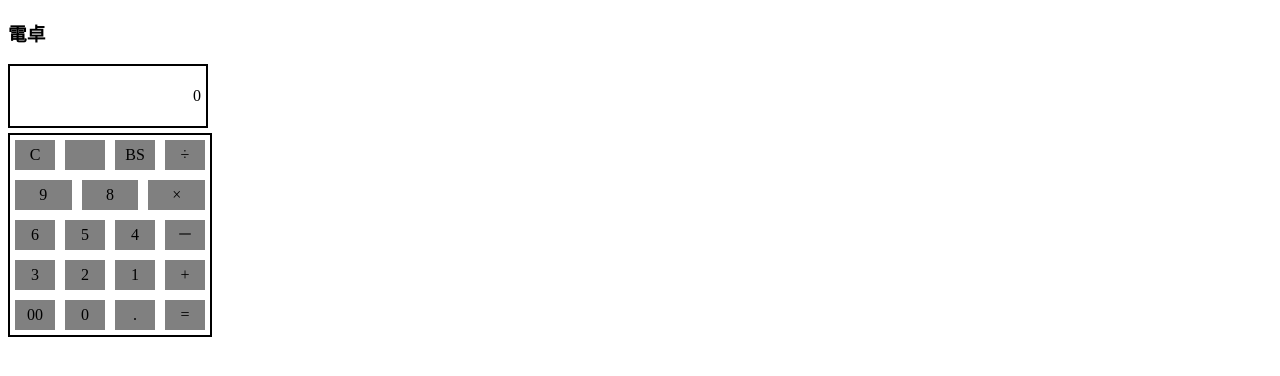
Repository: haya67/jsCalculator
Page: index.html
The author's editor kept a record of every edit. The page is drawn from the files as they stood at one moment, then again after the next edit.
The browser window is 1280 px wide. The pictures show the whole page.
Some web libraries are served in a nearby version.

Above is the page before.

### index.html
 <!DOCTYPE html>
 <html lang="en">
 <head>
 <meta charset="utf-8">
 <script src="https://code.jquery.com/jquery-3.2.1.js" integrity="sha256-DZAnKJ/6XZ9si04Hgrsxu/8s717jcIzLy3oi35EouyE=" crossorigin="anonymous"></script>
 <link rel="stylesheet" href="main.css">
 <title>電卓</title>
 </head>

 <body>
 <h3>電卓</h3>

 <!-- ここに記述していきましょう！ -->
 <div class = "container">

<!--      計算結果を出力する場所-->
      <div id = "output_total" class="output ">0</div>

<!--      計算過程を出力する -->
      <div id = "output_sub" class="output active">0</div>

<!--      ボタンを配置する場所-->
      <div class = 'input'>
          <section class = 'row'>
            <div id = "clear">C</div>
            <div class = "num_bth"></div>
            <div class = "num_bth" id="bs">BS</div>
            <div class = "num_bth cal" data-index-id= '/'>÷</div>
          </section>
          <section class = 'row'>
            <div class = "num_bth one_nine " data-index-id = 9 >9</div>
            <div class = "num_bth one_nine " data-index-id = 8 >8</div>

            <div class = "num_bth cal" data-index-id = '*'>×</div>
          </section>
          <section class = 'row'>
            <div class = "num_bth one_nine " data-index-id = 6 >6</div>
            <div class = "num_bth one_nine " data-index-id = 5 >5</div>
            <div class = "num_bth one_nine " data-index-id = 4 >4</div>
            <div class = "num_bth cal" data-index-id = '-'>－</div>
          </section>
          <section class = 'row'>
            <div class = "num_bth one_nine " data-index-id = 3 >3</div>
            <div class = "num_bth  one_nine" data-index-id = 2 >2</div>
            <div class = "num_bth  one_nine" data-index-id = 1 >1</div>
            <div class = "num_bth cal" data-index-id = '+'>+</div>
          </section>
          <section class = 'row'>
            <div class = "num_bth" data-index-id = 00 >00</div>
            <div class = "num_bth" id="zero" data-index-id = 0 >0</div>
            <div class = "num_bth" id="point" data-index-id = . >.</div>
            <div id = 'equal_btn'>=</div>
          </section>
      </div>
    </div>

 <script src="main.js"></script>
 </body>
 </html>

### main.css
.container {
  width: 200px;
}

.output {
  width: 200px;
  line-height: 50px;
  text-align: right;
  padding: 5px;
  margin-bottom: 5px;
  border:2px solid black;
  box-sizing: border-box;
  display:none;
}

.output.active {
  display:block;
}

.input {
  width:200px;
  border: 2px solid black;
}

.row {
  display: flex;
  justify-content: space-between;
  width: 200px;
}

.num_bth, #clear, #equal_btn{
  width: 60px;
  height: 30px;
  text-align: center;
  line-height: 30px;
  background: gray;
  cursor: pointer;
  margin: 5px;
}

### main.js
$(document).ready(function(){

    const num_bth = document.querySelectorAll('.num_bth');

    // 計算結果を表示する所
    let output_sub = document.getElementById('output_sub');

    // 計算過程を表示するところ
    const output_total = document.getElementById('output_total');

    // 計算式を表す変数
    let total = 0;

    // // 最初の状態を定義
    let state = 'start';

    // 最初の整数入力モード
    let mode = 'integer_mode';


    // 1~9を押した時
    const one_nine = document.querySelectorAll ('.one_nine');
    one_nine.forEach(index => {
        index.addEventListener('click', () => {
            if(state === 'start') {
                total = index.dataset.indexId;
            }else if (state === 'finish') {
                reset();
                total = index.dataset.indexId;
            }else if (state === 'calculation' ) {
                total += index.dataset.indexId;
            }
            output_sub.textContent = total;
            state = 'calculation'
            // changeOutput()
        });
    });


    // 0を押したとき
    const zero = document.getElementById('zero');
    zero.addEventListener('click', () => {
        if(state === 'start' || state === 'finish' || state === 'calBtn'){
            if(output_sub.textContent.slice(-1) === '0') {
                console('前の文字はゼロ');
                return;
            }
        }

        if(state === 'start') {
            total = zero.dataset.indexId;
        }else {
            total += zero.dataset.indexId;
        }
        output_sub.textContent = total;
    });


    // .を押したとき
    const point = document.getElementById('point');
    point.addEventListener('click' , () => {
        console.log(point.dataset.indexId)
        if(mode === 'decimal_mode') {
            return;
        }
        if (state === 'start' || state === 'finish' ) {
            total = 0;
        }else if(state = 'calBtn') {
            if(output_sub.textContent.slice(-1) !=='0'){
                total += 0;
            }
        }
        total += point.dataset.indexId

        output_sub.textContent = total;
        state = 'calculation';
        mode = 'decimal_mode';

    });

    // +÷-×を押したとき
    const cal = document.querySelectorAll('.cal');
    cal.forEach(index => {
        index.addEventListener('click' , () => {
            if (state === 'start') {
                return;
            }else if(state === 'calculation') {
                total += index.dataset.indexId;
            }else if(state === 'finish') {
                total = output_total.textContent;
                total += index.dataset.indexId;
                output_total.textContent = 0;
            }
            console.log(index.dataset.indexId);
            output_sub.textContent = total;
            state = 'calBtn';
            mode = 'integer_mode';
        });
    });




    // =を押した時
    const equal_btn = document.getElementById('equal_btn');
    equal_btn.addEventListener('click', () => {
        console.log(eval(total));
        output_total.textContent = eval(total);
        state = 'finish';
        mode = 'integer_mode';
    });


    // Cを押した時
    const clear = document.getElementById('clear')
    clear.addEventListener('click' , () =>{
        reset();
    });

    function reset() {
        total = 0;
        output_sub.textContent = 0;
        output_total.textContent = 0;
        mode = 'integer_mode';
    };


    // // 計算過程画面と計算結果画面の切り替え
    function changeOutput() {
        if (state === 'finish') {
            output_total.classList.add('active');
            output_sub.classList.remove('active');
        } else{
            output_sub.classList.add('active');
            output_total.classList.remove('active');
        }
    };





})

After the next edit:
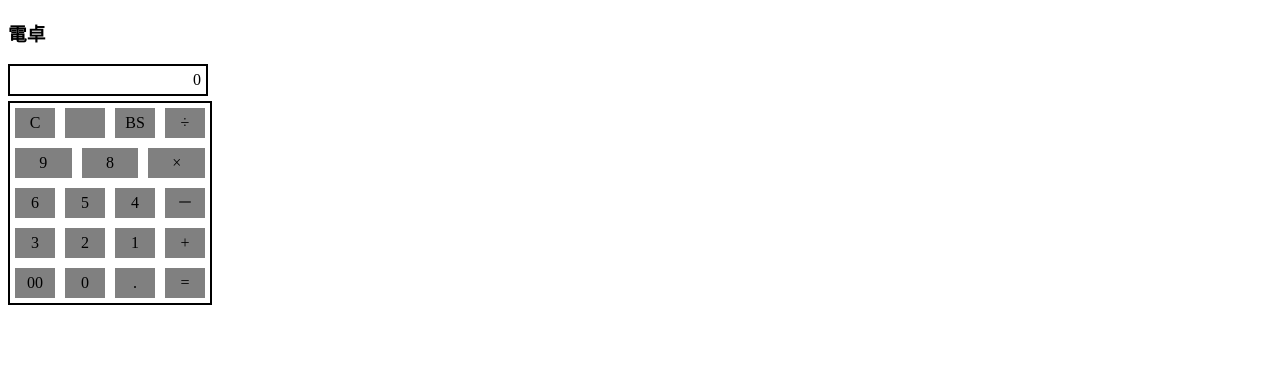
The edit:
--- a/main.css
+++ b/main.css
@@ -4,7 +4,6 @@
 
 .output {
   width: 200px;
-  line-height: 50px;
   text-align: right;
   padding: 5px;
   margin-bottom: 5px;
